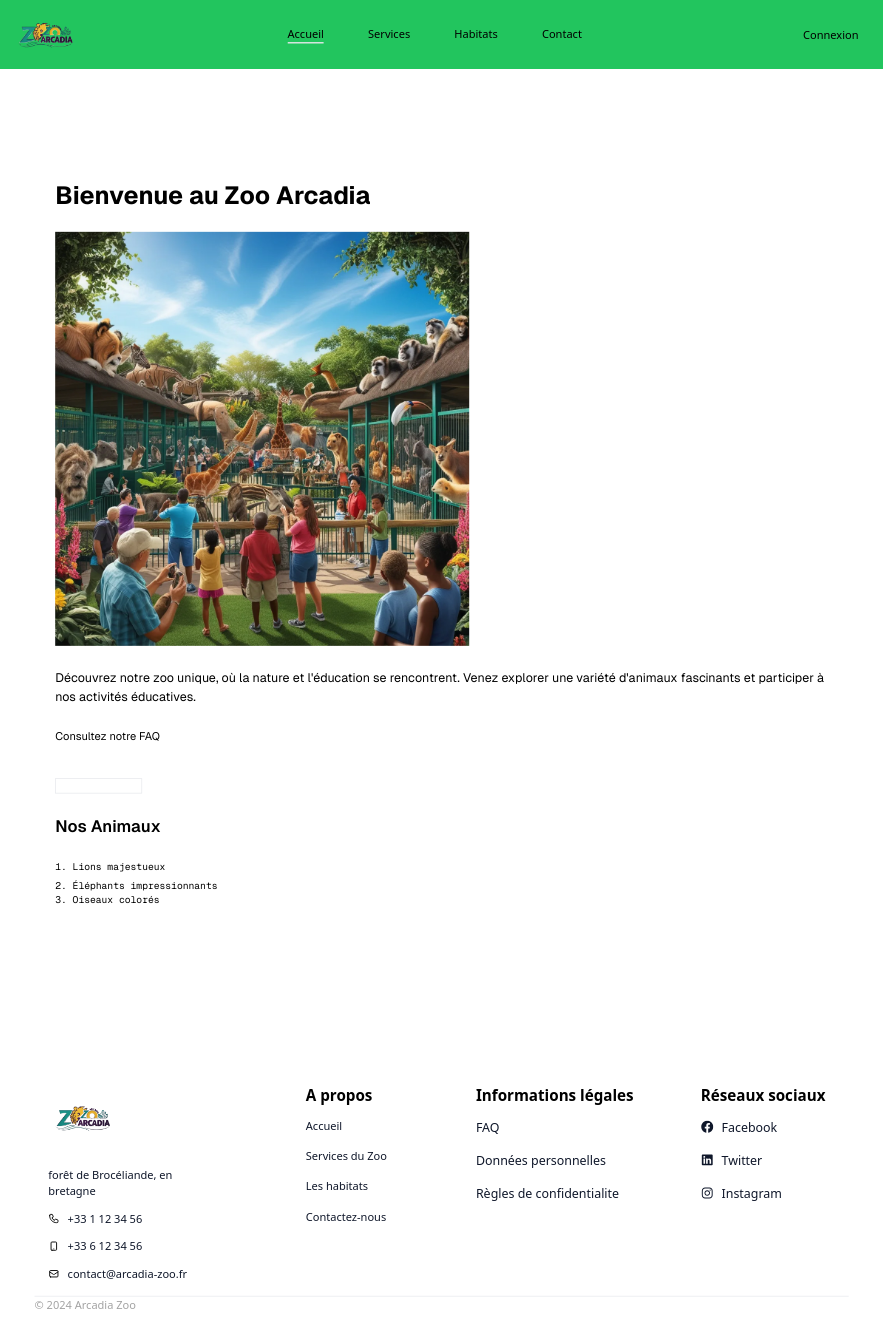
Repository: rdaa99/zoo-arcadia
Page: /
These files come from the project's save history. The page is drawn as it stood at one moment and after the next save; the edit follows.
The browser window is 1280 px wide. The pictures show the whole page, at 69% of full size.
The project was rebuilt for these pictures with package versions that can differ from the ones it lists, and the page was loaded fresh each time. The framework's server and built-in components were replaced by stand-ins that run in the browser. Also part of the build but not shown: next.config.ts, components/organisms/Navbar/NavbarMobile.tsx, components/molecules/Button/TextButton.tsx.

Above is the page before, as saved 2024-11-18 23:24:07.

After the next save:
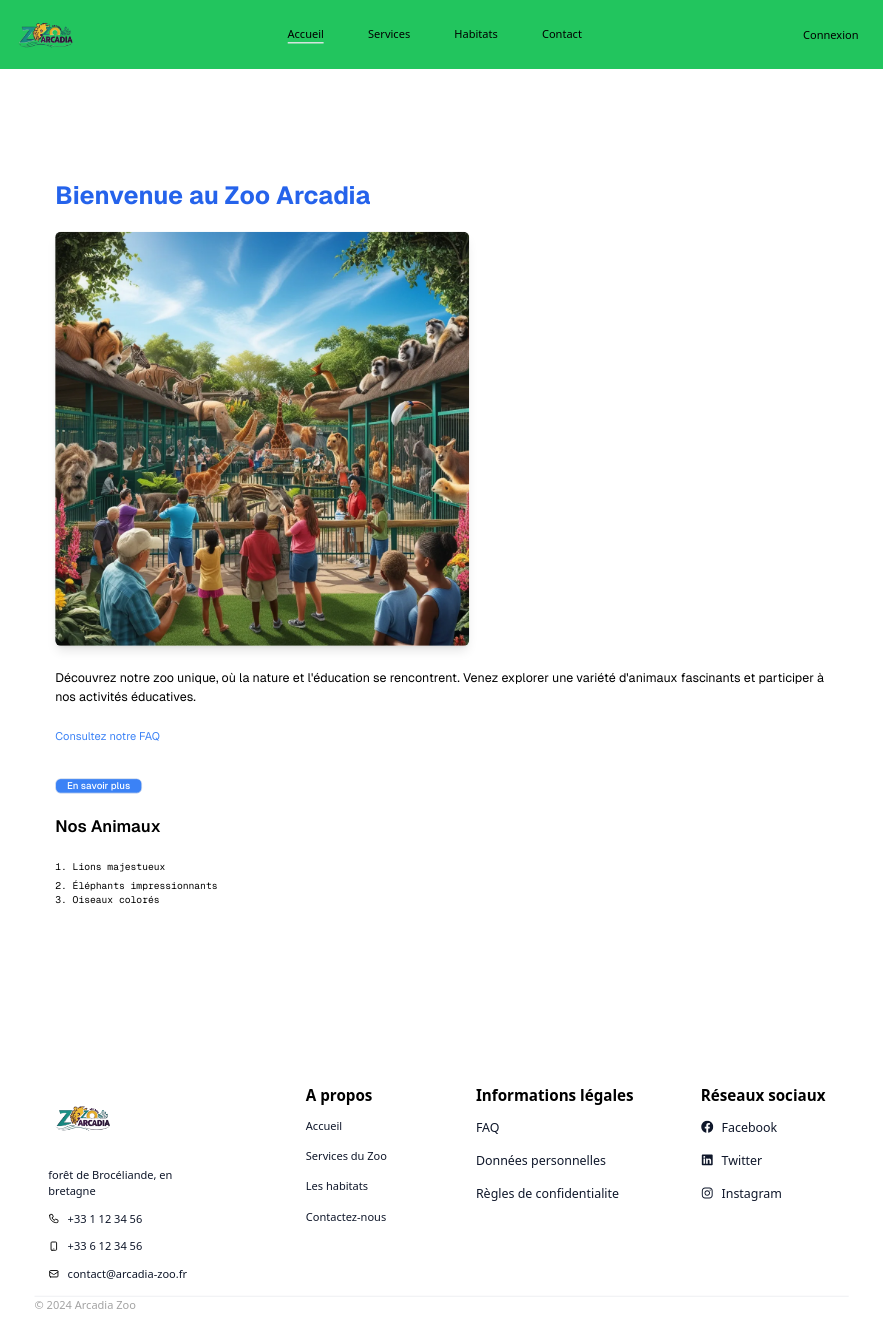
Saved 97 s later.
--- a/app/page.tsx
+++ b/app/page.tsx
@@ -5,23 +5,28 @@ import Link from "next/link";
 export default function Home() {
   return (
     <div className="grid grid-rows-[20px_1fr_20px] items-center justify-items-center min-h-screen p-8 pb-20 gap-16 sm:p-20 font-[family-name:var(--font-geist-sans)]">
-      <main className="flex flex-col gap-8 row-start-2 items-center sm:items-start">
-        <h1 className="text-4xl font-bold">Bienvenue au Zoo Arcadia</h1>
+      <main className="flex flex-col gap-8 row-start-2 items-center sm:items-start text-center">
+        <h1 className="text-4xl font-bold text-blue-600">
+          Bienvenue au Zoo Arcadia
+        </h1>
         <Image
           src="/images/zoo.webp"
           alt="Zoo Arcadia"
           width={600}
           height={400}
           priority
+          className="rounded-lg shadow-lg"
         />
-        <p className="text-lg text-center sm:text-left">
+        <p className="text-lg sm:text-left">
           Découvrez notre zoo unique, où la nature et l'éducation se
           rencontrent. Venez explorer une variété d'animaux fascinants et
           participer à nos activités éducatives.
         </p>
-        <Link href="/faq">Consultez notre FAQ</Link>
+        <Link href="/faq" className="text-blue-500 hover:underline">
+          Consultez notre FAQ
+        </Link>
         <Button
-          className="mt-4 text-white hover:underline hover:bg-[#383838]"
+          className="mt-4 text-white bg-blue-500 hover:bg-blue-700 hover:underline"
           href="/faq"
         >
           En savoir plus
